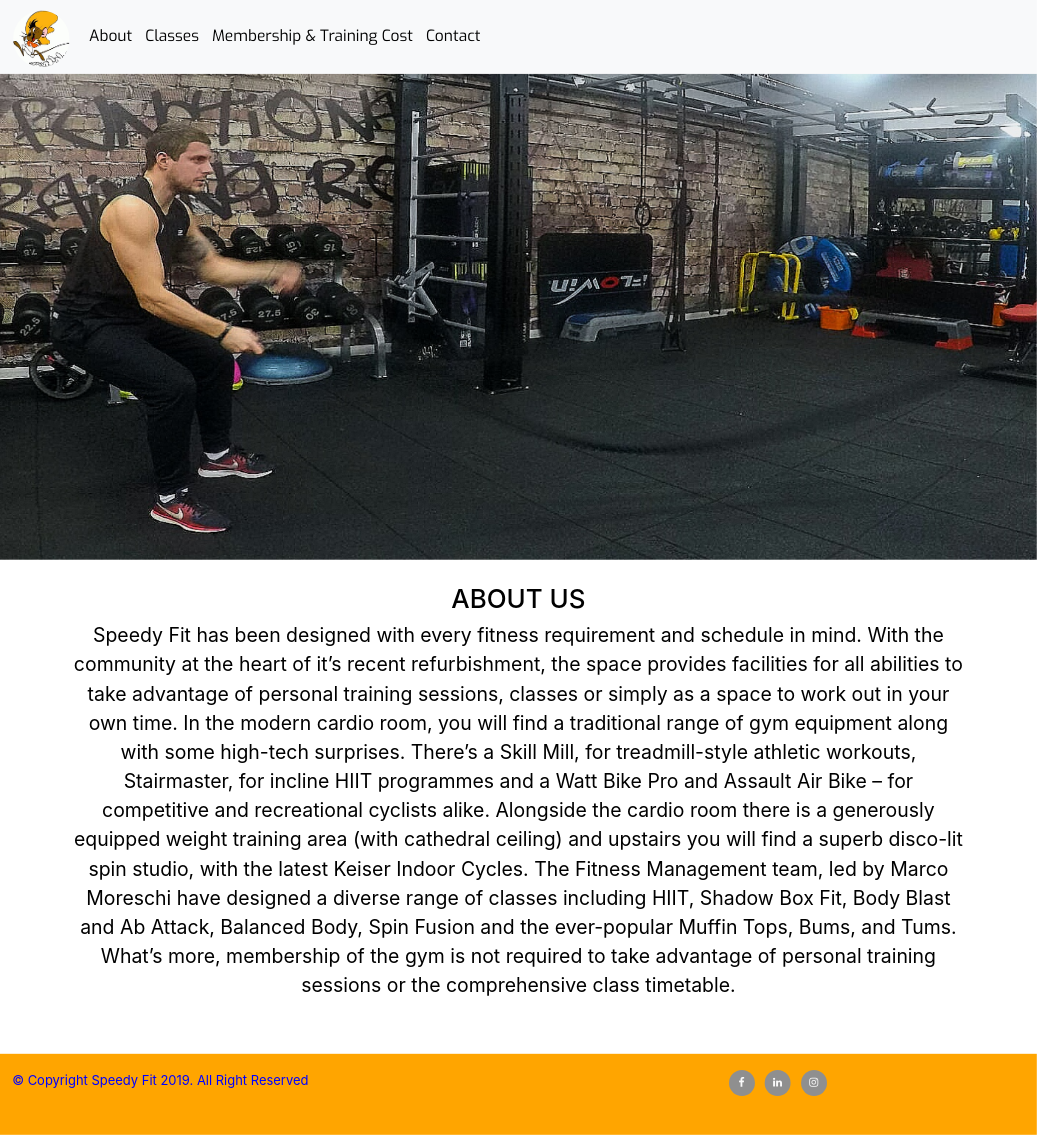
Repository: marcomoreschi/Milestrone-project
Page: index.html
The author's editor kept a record of every edit. The page is drawn from the files as they stood at one moment, then again after the next edit.
The browser window is 1280 px wide. The pictures show the whole page, at 81% of full size.
Some web libraries are served in a nearby version.

Above is the page before.

After the next edit:
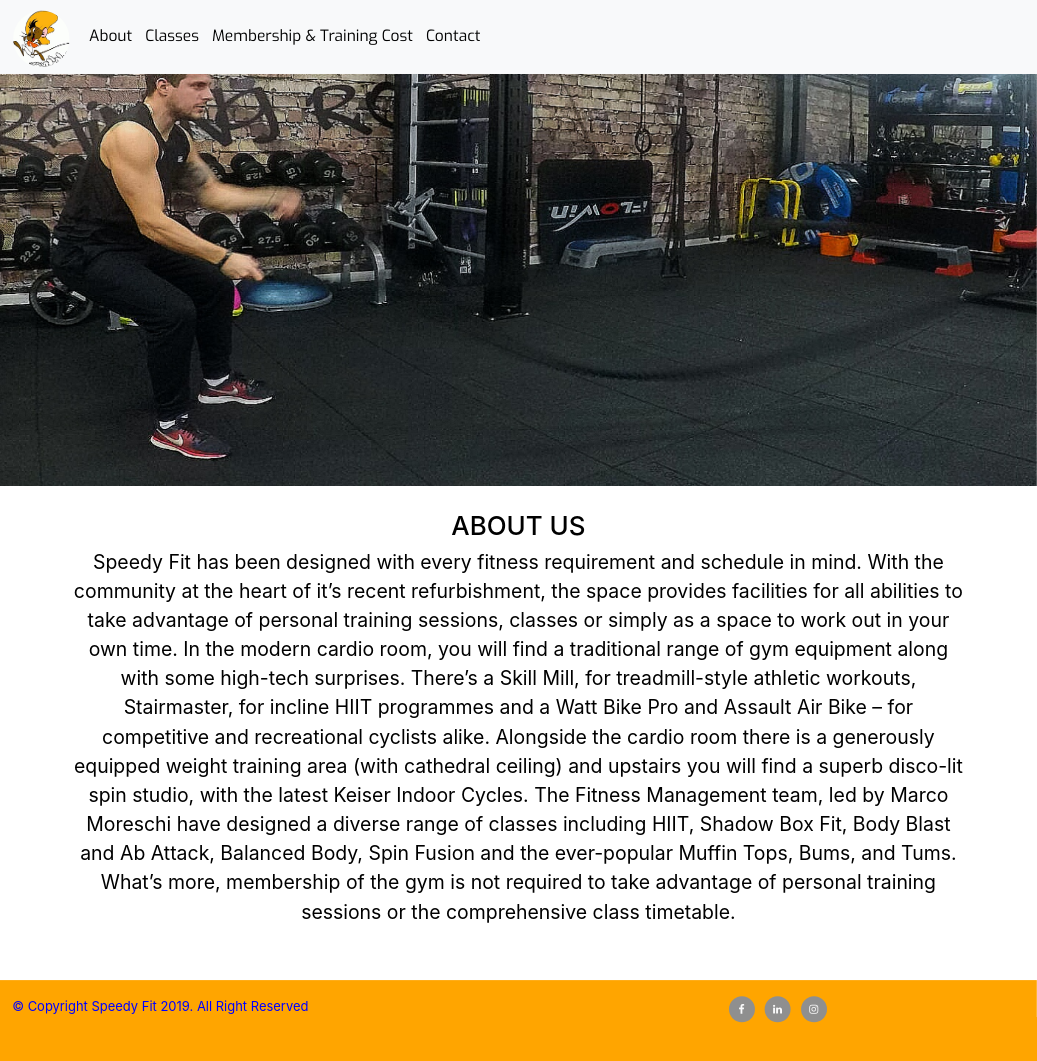
The edit:
--- a/index.html
+++ b/index.html
@@ -16,7 +16,7 @@
 
     <header>
 
-        <nav class="navbar navbar-expand-lg navbar-light bg-light">
+        <nav class="navbar navbar-expand-lg navbar-light bg-light fixed-top">
             <a class="navbar-brand" href="index.html">
       <img src="assets/images/logo.jpg"></img>
         </a>
